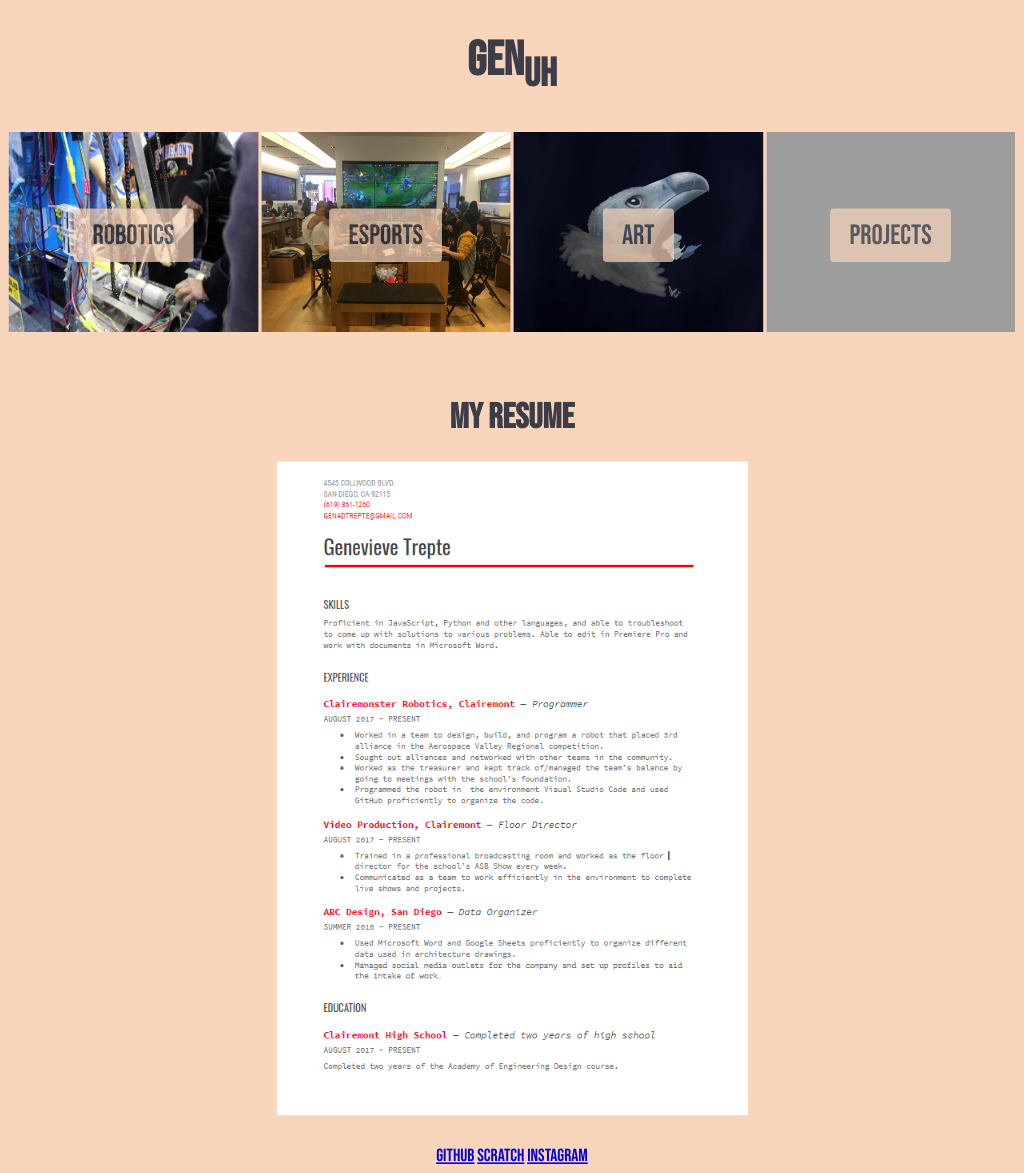
Repository: gennnna/gennnna.github.io
Page: pages/index.html
The author's editor kept a record of every edit. The page is drawn from the files as they stood at one moment, then again after the next edit.
The browser window is 1280 px wide. The pictures show the whole page, at 80% of full size.
Pictures or frames that could not be fetched are drawn as grey boxes.

Above is the page before.

After the next edit:
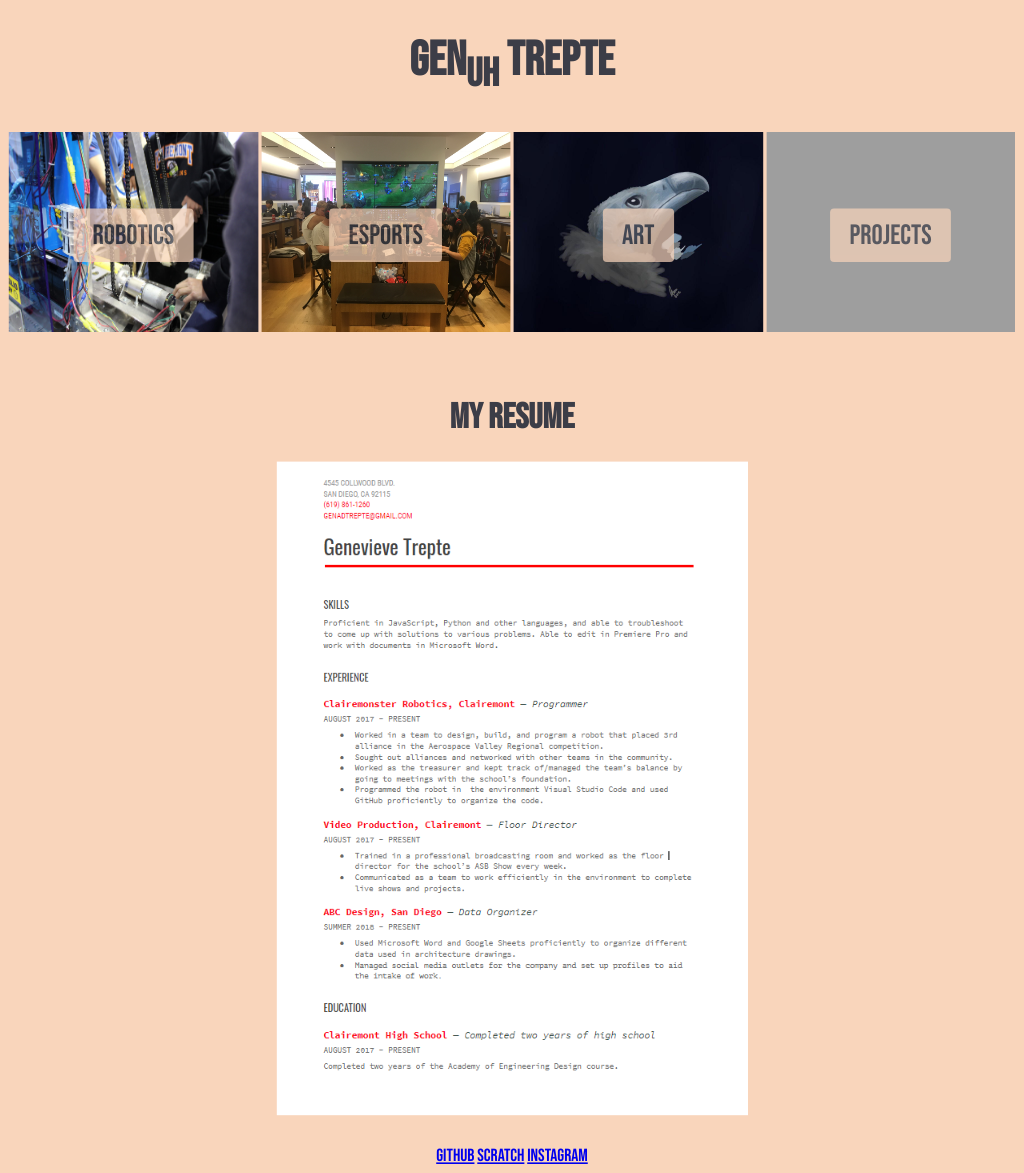
The edit:
--- a/pages/index.html
+++ b/pages/index.html
@@ -6,7 +6,7 @@
         <title>gen-uh</title>
     </head>
     <body>
-        <h1 style="font-size:60px;"><center>GEN<sub>UH</sub></center></h1>
+        <h1 style="font-size:60px;"><center>GEN<sub>UH</sub> TREPTE</center></h1>
         <table align="center">
             <tr>
                 <td class="container">
